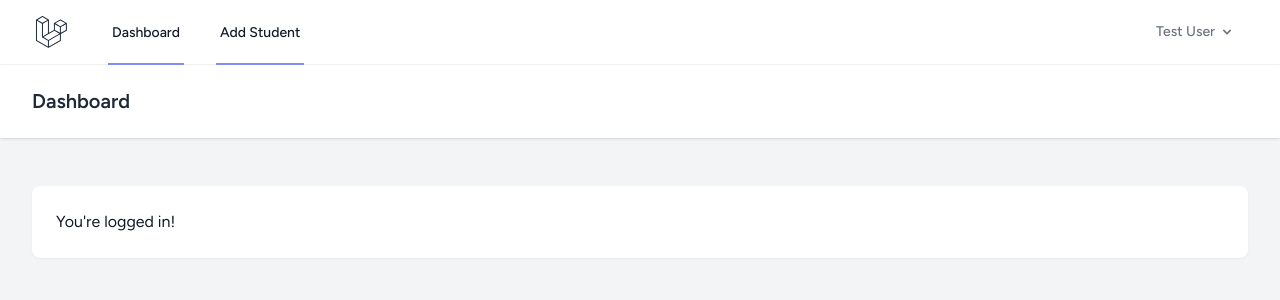
Repository: rkrukshan/CRUD-with-Laravel-V.10-Breeze
Page: http://localhost/dashboard
These files come from the project's save history. The page is drawn as it stood at one moment and after the next save; the edit follows.
The browser window is 1280 px wide. The pictures show the whole page.
The page is served by the project's Laravel application, run on PHP 8.4 with Laravel 10. A made-up administrator, Test User (test@example.com), is signed in. Style sheets and scripts are compiled from the project's sources, by tool versions that may differ from the author's.

Above is the page before, as saved 2023-11-15 10:34:45.

After the next save:
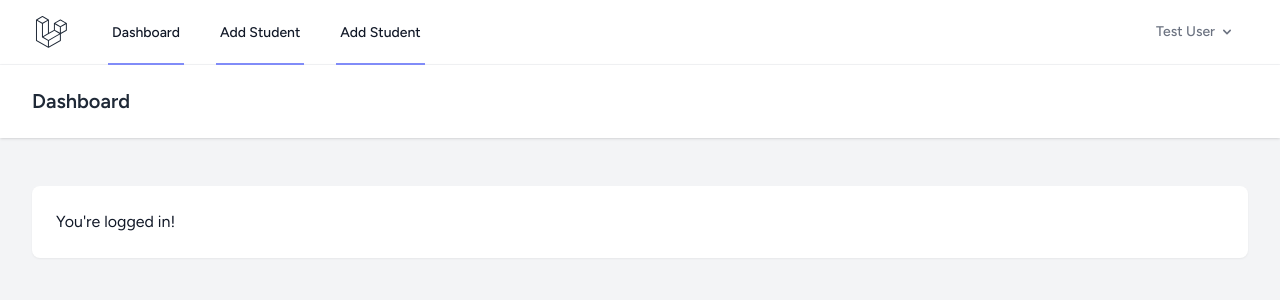
Saved 64 s later.
--- a/resources/views/layouts/navigation.blade.php
+++ b/resources/views/layouts/navigation.blade.php
@@ -14,6 +14,11 @@
                 <div class="hidden space-x-8 sm:-my-px sm:ms-10 sm:flex">
                     <x-nav-link :href="route('dashboard')" :active="request()->routeIs('dashboard')">
                         {{ __('Dashboard') }}
+                    </x-nav-link>
+
+
+                    <x-nav-link :href="url('add-student')" :active="request()->routeIs('dashboard')">
+                        {{ __('Add Student') }}
                     </x-nav-link>
 
 
